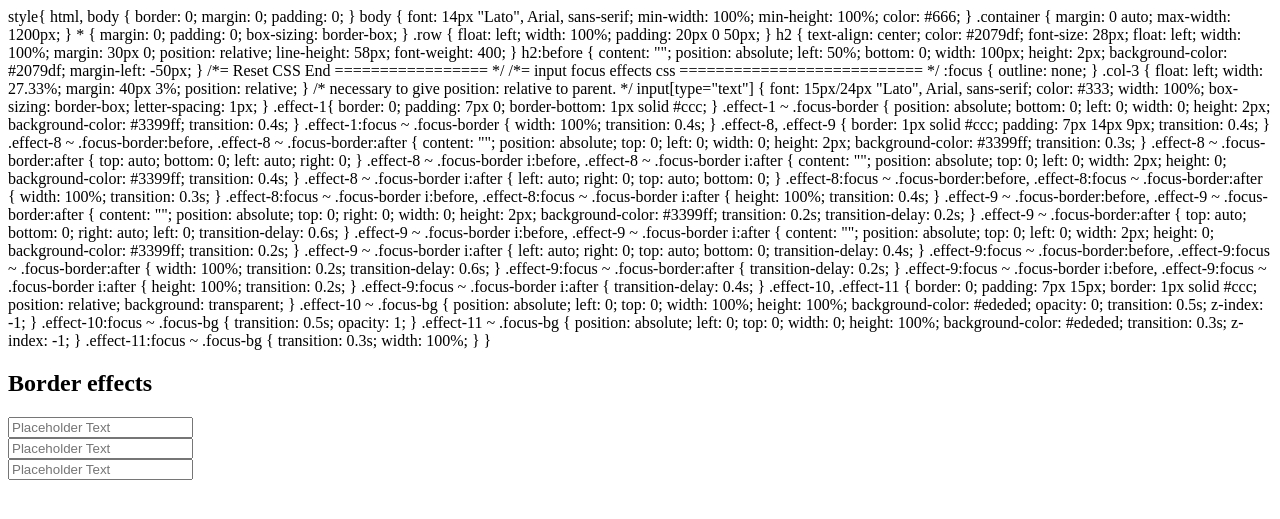
Repository: EmmanuelKeifala/Hackathon
Page: http://localhost/upload/
The author's editor kept a copy of each file at every save. The page is drawn from the files as they stood at one save, then again after the next save.
The browser window is 1280 px wide. The pictures show the whole page.
The page is served by the project's application, run on Django 3.2 (manage.py). Other server files are loaded and not shown.

Above is the page before, as saved 2022-10-29 02:49:17.

### users/templates/users/upload.html
{% comment %} {% load static %}
<link rel="stylesheet" href="{% static 'css/main.css' %}" />
<form method="POST" action="{% url 'upload'%}" entypr="multipart/form-data">
  {% csrf_token %}
  <ul
    class="contactList d-flex flex-lg-column gap-2"
    style="list-style: none; padding: 1.1rem"
  >
    <li id="number_of_sales" class="contact p-lg-2">
      {{ form.number_of_sales }}
    </li>
    <li id="revenue" class="contact">{{ form.revenue }}</li>
    <li id="number_of_customers" class="contact">
      {{ form.number_of_customers }}
    </li>
    <li id="year" class="contact">{{ form.year }}</li>
  </ul>
  <input type="submit" value="Send Data to DataBase" />
</form>
{% endcomment %} style{ html, body { border: 0; margin: 0; padding: 0; } body {
font: 14px "Lato", Arial, sans-serif; min-width: 100%; min-height: 100%; color:
#666; } .container { margin: 0 auto; max-width: 1200px; } * { margin: 0;
padding: 0; box-sizing: border-box; } .row { float: left; width: 100%; padding:
20px 0 50px; } h2 { text-align: center; color: #2079df; font-size: 28px; float:
left; width: 100%; margin: 30px 0; position: relative; line-height: 58px;
font-weight: 400; } h2:before { content: ""; position: absolute; left: 50%;
bottom: 0; width: 100px; height: 2px; background-color: #2079df; margin-left:
-50px; } /*= Reset CSS End ================= */ /*= input focus effects css
=========================== */ :focus { outline: none; } .col-3 { float: left;
width: 27.33%; margin: 40px 3%; position: relative; } /* necessary to give
position: relative to parent. */ input[type="text"] { font: 15px/24px "Lato",
Arial, sans-serif; color: #333; width: 100%; box-sizing: border-box;
letter-spacing: 1px; } .effect-1{ border: 0; padding: 7px 0; border-bottom: 1px
solid #ccc; } .effect-1 ~ .focus-border { position: absolute; bottom: 0; left:
0; width: 0; height: 2px; background-color: #3399ff; transition: 0.4s; }
.effect-1:focus ~ .focus-border { width: 100%; transition: 0.4s; } .effect-8,
.effect-9 { border: 1px solid #ccc; padding: 7px 14px 9px; transition: 0.4s; }
.effect-8 ~ .focus-border:before, .effect-8 ~ .focus-border:after { content: "";
position: absolute; top: 0; left: 0; width: 0; height: 2px; background-color:
#3399ff; transition: 0.3s; } .effect-8 ~ .focus-border:after { top: auto;
bottom: 0; left: auto; right: 0; } .effect-8 ~ .focus-border i:before, .effect-8
~ .focus-border i:after { content: ""; position: absolute; top: 0; left: 0;
width: 2px; height: 0; background-color: #3399ff; transition: 0.4s; } .effect-8
~ .focus-border i:after { left: auto; right: 0; top: auto; bottom: 0; }
.effect-8:focus ~ .focus-border:before, .effect-8:focus ~ .focus-border:after {
width: 100%; transition: 0.3s; } .effect-8:focus ~ .focus-border i:before,
.effect-8:focus ~ .focus-border i:after { height: 100%; transition: 0.4s; }
.effect-9 ~ .focus-border:before, .effect-9 ~ .focus-border:after { content: "";
position: absolute; top: 0; right: 0; width: 0; height: 2px; background-color:
#3399ff; transition: 0.2s; transition-delay: 0.2s; } .effect-9 ~
.focus-border:after { top: auto; bottom: 0; right: auto; left: 0;
transition-delay: 0.6s; } .effect-9 ~ .focus-border i:before, .effect-9 ~
.focus-border i:after { content: ""; position: absolute; top: 0; left: 0; width:
2px; height: 0; background-color: #3399ff; transition: 0.2s; } .effect-9 ~
.focus-border i:after { left: auto; right: 0; top: auto; bottom: 0;
transition-delay: 0.4s; } .effect-9:focus ~ .focus-border:before,
.effect-9:focus ~ .focus-border:after { width: 100%; transition: 0.2s;
transition-delay: 0.6s; } .effect-9:focus ~ .focus-border:after {
transition-delay: 0.2s; } .effect-9:focus ~ .focus-border i:before,
.effect-9:focus ~ .focus-border i:after { height: 100%; transition: 0.2s; }
.effect-9:focus ~ .focus-border i:after { transition-delay: 0.4s; } .effect-10,
.effect-11 { border: 0; padding: 7px 15px; border: 1px solid #ccc; position:
relative; background: transparent; } .effect-10 ~ .focus-bg { position:
absolute; left: 0; top: 0; width: 100%; height: 100%; background-color: #ededed;
opacity: 0; transition: 0.5s; z-index: -1; } .effect-10:focus ~ .focus-bg {
transition: 0.5s; opacity: 1; } .effect-11 ~ .focus-bg { position: absolute;
left: 0; top: 0; width: 0; height: 100%; background-color: #ededed; transition:
0.3s; z-index: -1; } .effect-11:focus ~ .focus-bg { transition: 0.3s; width:
100%; } }
<div class="row">
  <div class="container">
    <h2>Border effects</h2>
    <div class="col-3">
      <input class="effect-1" type="text" placeholder="Placeholder Text" />
      <span class="focus-border"></span>
    </div>

    <div class="col-3">
      <input class="effect-8" type="text" placeholder="Placeholder Text" />
      <span class="focus-border">
        <i></i>
      </span>
    </div>
    <div class="col-3">
      <input class="effect-9" type="text" placeholder="Placeholder Text" />
      <span class="focus-border">
        <i></i>
      </span>
    </div>
  </div>
</div>

### users/views.py
from django.shortcuts import render, redirect
from django.contrib.auth.forms import UserCreationForm
from .forms import UserRegisterForm
from .forms import BusinessData
from django.contrib import messages
from django.contrib.auth.decorators import login_required


def home(request):
    return render(request, 'users/home.html')


def generalusers_home(request):
    return render(request, "users/home.html")


def Analyst_home(request):
    return render(request, "users/home.html")


def upload(request):
    if request.POST:
        form = BusinessData(request.POST)
        print(request.POST)
        if form.is_valid():
            form.save()
        return redirect("/")
    return render(request, "users/upload.html", {'form': BusinessData})


def register(request):
    if request.method == "POST":
        form = UserRegisterForm(request.POST)
        if form.is_valid():
            form.save()
            username = form.cleaned_data.get('username')
            messages.success(
                request, f'Hi {username}, your account was created successfully')
            return redirect('home')
    else:
        form = UserRegisterForm()

    return render(request, 'users/register.html', {'form': form})


@login_required()
def profile(request):
    return render(request, 'users/profile.html')

### authsysproject/urls.py
"""authsysproject URL Configuration

The `urlpatterns` list routes URLs to views. For more information please see:
    https://docs.djangoproject.com/en/3.2/topics/http/urls/
Examples:
Function views
    1. Add an import:  from my_app import views
    2. Add a URL to urlpatterns:  path('', views.home, name='home')
Class-based views
    1. Add an import:  from other_app.views import Home
    2. Add a URL to urlpatterns:  path('', Home.as_view(), name='home')
Including another URLconf
    1. Import the include() function: from django.urls import include, path
    2. Add a URL to urlpatterns:  path('blog/', include('blog.urls'))
"""
from django.contrib import admin
from django.urls import path, include

urlpatterns = [
    path('admin/', admin.site.urls),
    path('', include('users.urls'))
]

### users/urls.py
from django.urls import path
from . import views
from django.contrib.auth import views as auth_view

urlpatterns = [
    path('', views.home, name='home'),
    path('register/', views.register, name='register'),
    path('profile/', views.profile, name='profile'),
    path("upload/", views.upload, name="upload"),
    path('Analyst_home/', views.Analyst_home, name='Analyst_home'),
    path('generalusers_home/', views.generalusers_home, name='generalusers_home'),
    path('login/', auth_view.LoginView.as_view(template_name='users/login.html'), name="login"),
    path('logout/', auth_view.LogoutView.as_view(template_name='users/logout.html'), name="logout"),
]

### users/forms.py
from django.contrib.auth.models import User
from django.contrib.auth.forms import UserCreationForm
from django import forms
from django.forms import ModelForm
from .models import Enterpreneur


class UserRegisterForm(UserCreationForm):
    email = forms.EmailField()

    class Meta:
        model = User
        fields = ['username', 'email', 'password1', 'password2']


class BusinessData(ModelForm):
    number_of_sales = forms.SlugField()
    revenue = forms.SlugField()
    number_of_customers = forms.SlugField()
    year = forms.IntegerField()

    class Meta:
        model = Enterpreneur
        fields = ['number_of_sales', 'revenue', 'number_of_customers', "year"]

### users/models.py
import email
from enum import auto
from unicodedata import name
from django.db import models

# Create your models here.

# this is for the admin


class Admin(models.Model):
    id = models.AutoField(primary_key=True)
    name = models.TextField()
    email = models.TextField()
    password = models.TextField()
    created_at = models.DateTimeField(auto_now=True)
    update_at = models.DateTimeField(auto_now=True)
    objects = models.Manager()

# Analysts Table


class Analysts(models.Model):
    id = models.AutoField(primary_key=True)
    name = models.TextField()
    email = models.TextField()
    password = models.CharField(max_length=255)
    created_at = models.DateTimeField(auto_now=True)
    objects = models.Manager()

# this is for the Enterpreneurs table


class Trainee(models.Model):
    id = models.AutoField(primary_key=True)
    admin = models.OneToOneField(Admin, on_delete=models.CASCADE)
    analyst = models.OneToOneField(Analysts, on_delete=models.CASCADE)
    name = models.TextField()
    email = models.TextField()
    age = models.TextField()
    gender = models.TextField()
    date_of_training = models.DateTimeField(auto_now=True)
    idea = models.TextField()
    institution = models.TextField()
    qualification = models.TextField()
    location = models.TextField()
    objects = models.Manager()

    # this is for the entrepenuer


class Enterpreneur(models.Model):
    id = models.AutoField(primary_key=True)
    number_of_sales = models.TextField()
    revenue = models.TextField()
    number_of_customers = models.TextField()
    year = models.IntegerField()

### users/static/users/css/main.css
#bg {
  background-repeat: no-repeat;
  background-size: cover;
  background-attachment: fixed;
  background: linear-gradient(90deg, #c7c5f4, #776bcc)
}

#main-navbar {
  color: grey;
  min-height: 14vh;
  font-size: 15px;
}

#authstyle {
  margin-left: 17%;
  border-radius: 50%;
}

#header-text {
  color: rgb(210, 190, 65);
  font-family: 'Open Sans', sans-serif;
  font-size: 50px;
  margin-top: 100px;
}

#header-image {
  margin-top: 30px;
  margin-top: 30px;
}

#header-paragraph {
  font-size: 20px;
  padding-top: 30px;
  font-weight: lighter;
}

#header-h1 {
  font-size: 60px;
  color: black;
}

#header-links {
  position: relative;
  border-radius: 20px;
  display: inline-block;
  padding: 10px 25px;
  text-transform: uppercase;
  text-decoration: none;
  font-size: 13px;
  overflow: hidden;
  transition: 0.2s;
}

#header-links:hover {
  color: #021f3b;
  font-size: 15px;
  border-radius: 6px;
  background-color: #ffcab1;
  box-shadow: 0 0 10px #ff8248, 0 0 4px #ff8248, 0 0 80px #ff8248;
  transition-delay: 0.1s;
  text-decoration: none;
  border-radius: 9px;
}

#header-links:active {
  font-size: 10px;
}

#body-link-row {
  position: relative;
  border-radius: 20px;
  display: inline-block;
  padding: 15px 30px;
  text-transform: uppercase;
  text-decoration: none;
  font-size: 13px;
  overflow: hidden;
  transition: 0.2s;
}

#body-link-row:hover {
  color: #021f3b;
  font-size: 15px;
  border-radius: 6px;
  background-color: #ffcab1;
  box-shadow: 0 0 10px #ff8248, 0 0 4px #ff8248, 0 0 80px #ff8248;
  transition-delay: 0.1s;
  text-decoration: none;
  border-radius: 9px;
}

#main-footer {
  margin-top: 510px;
  color: white;
  min-height: 10vh;
  font-size: 15px;
}

#footer {
  margin-left: 1000px;
  background-color: rgba(10, 91, 178, 0.137);
}

body {
  margin: 0;
  color: #6a6f8c;
  background-image: url('images/bg.png');
  font: 600 16px/18px 'Open Sans', sans-serif;
}

*,
:after,
:before {
  box-sizing: border-box
}

.clearfix:after,
.clearfix:before {
  content: '';
  display: table
}

.clearfix:after {
  clear: both;
  display: block
}

a {
  color: inherit;
  text-decoration: none
}

.login-wrap {
  width: 100%;
  margin: auto;
  max-width: 525px;
  min-height: 670px;
  position: relative;

  box-shadow: 0 12px 15px 0 rgba(0, 0, 0, 0), 0 17px 50px 0 rgba(0, 0, 0, .19);
}

.login-html {
  width: 100%;
  height: 100%;
  position: absolute;
  padding: 90px 70px 50px 70px;
  background: rgba(255, 255, 255, 0);
}

.login-html .sign-in-htm,
.login-html .sign-up-htm {
  top: 0;
  left: 0;
  right: 0;
  bottom: 0;
  position: absolute;
  transform: rotateY(180deg);
  backface-visibility: hidden;
  transition: all .4s linear;
}

.login-html .sign-in,
.login-html .sign-up,
.login-form .group .check {
  display: none;
}

.login-html .tab,
.login-form .group .label,
.login-form .group .button {
  text-transform: uppercase;
}

.login-html .tab {
  font-size: 22px;
  margin-right: 15px;
  padding-bottom: 5px;
  margin: 0 15px 10px 0;
  display: inline-block;
  border-bottom: 2px solid transparent;
}

.login-html .sign-in:checked+.tab,
.login-html .sign-up:checked+.tab {
  color: #fff;
  border-color: #ff8248;
}

.login-form {
  min-height: 345px;
  position: relative;
  perspective: 1000px;
  transform-style: preserve-3d;
}

.login-form .group {
  margin-bottom: 15px;
}

.login-form .group .label,
.login-form .group .input,
.login-form .group .button {
  width: 100%;
  color: #fff;
  display: block;
}

.login-form .group .input,
.login-form .group .button {
  border: none;
  padding: 15px 20px;
  border-radius: 25px;
  background: rgba(255, 255, 255, .1);
}

.login-form .group input[data-type="password"] {
  text-security: circle;
  -webkit-text-security: circle;
}

.login-form .group .label {
  color: #aaa;
  font-size: 12px;
}

.login-form .group .button {
  background: #ff8248;
}

.login-form .group label .icon {
  width: 15px;
  height: 15px;
  border-radius: 2px;
  position: relative;
  display: inline-block;
  background: rgba(255, 255, 255, .1);
}

.login-form .group label .icon:before,
.login-form .group label .icon:after {
  content: '';
  width: 10px;
  height: 2px;
  background: #fff;
  position: absolute;
  transition: all .2s ease-in-out 0s;
}

.login-form .group label .icon:before {
  left: 3px;
  width: 5px;
  bottom: 6px;
  transform: scale(0) rotate(0);
}

.login-form .group label .icon:after {
  top: 6px;
  right: 0;
  transform: scale(0) rotate(0);
}

.login-form .group .check:checked+label {
  color: #fff;
}

.login-form .group .check:checked+label .icon {
  background: #ff8248;
}

.login-form .group .check:checked+label .icon:before {
  transform: scale(1) rotate(45deg);
}

.login-form .group .check:checked+label .icon:after {
  transform: scale(1) rotate(-45deg);
}

.login-html .sign-in:checked+.tab+.sign-up+.tab+.login-form .sign-in-htm {
  transform: rotate(0);
}

.login-html .sign-up:checked+.tab+.login-form .sign-up-htm {
  transform: rotate(0);
}

.hr {
  height: 2px;
  margin: 60px 0 50px 0;
  background: rgba(255, 227, 208, 0.2);
}

.foot-lnk {
  text-align: center;
}










body {
  font: 100% / 1.414 "Open Sans", "Roboto", arial, sans-serif;
  background: #e9e9e9;
}

a,
[type="submit"] {
  transition: all .25s ease-in;
}

.signup__container {
  position: absolute;
  top: 50%;
  right: 0;
  left: 0;
  margin-right: auto;
  margin-left: auto;
  transform: translateY(-50%);
  overflow: hidden;
  display: flex;
  align-items: center;
  justify-content: center;
  width: remy(800px);
  height: remy(480px);
  border-radius: remy(3px);
  box-shadow: 0px remy(3px) remy(7px) rgba(0, 0, 0, .25);
}

.signup__overlay {
  position: absolute;
  top: 0;
  left: 0;
  width: 100%;
  height: 100%;
  background-color: rgba(120, 87, 204, .76);
}

.container__child {
  width: 50%;
  height: 100%;
  color: #fff;
}

.signup__thumbnail {
  position: relative;
  padding: 2rem;
  display: flex;
  flex-wrap: wrap;
  align-items: center;
  background: url(http://ultraimg.com/images/spectre-login.jpg);
  background-repeat: no-repeat;
  background-position: top center;
  background-size: cover;
}

.thumbnail__logo,
.thumbnail__content,
.thumbnail__links {
  position: relative;
  z-index: 2;
}

.thumbnail__logo {
  align-self: flex-start;
}

.logo__shape {
  fill: #fff;
}

.logo__text {
  display: inline-block;
  font-size: .8rem;
  font-weight: 700;
  vertical-align: bottom;
}

.thumbnail__content {
  align-self: center;
}

h1,
h2 {
  font-weight: 300;
  color: rgba(255, 255, 255, 1);
}

.heading--primary {
  font-size: 1.999rem;
}

.heading--secondary {
  font-size: 1.414rem;
}

.thumbnail__links {
  align-self: flex-end;
  width: 100%;
}

.thumbnail__links a {
  font-size: 1rem;
  color: hsl(123, 87%, 100%);

}

.signup__form {
  padding: 2.5rem;
  background: #fafafa;
}

label {
  font-size: .85rem;
  text-transform: uppercase;
  color: #ccc;
}

.form-control {
  background-color: transparent;
  border-top: 2;
  border-right: 2;
  border-left: 2;
  border-radius: 2;

}

[type="text"] {
  color: #111;
}

[type="password"] {
  color: rgb(17, 17, 17);
}

.btn--form {
  padding: .5rem 2.5rem;
  font-size: .95rem;
  font-weight: 600;
  text-transform: uppercase;
  color: #fff;
  background: hsl(0, 0%, 7%);
  border-radius: remy(35px);

}

.signup__link {
  font-size: .8rem;
  font-weight: 600;
  text-decoration: underline;
  color: #999;

}

#signup-button {
  position: relative;
  border-radius: 20px;
  display: inline-block;
  padding: 10px 25px;
  text-transform: uppercase;
  text-decoration: none;
  font-size: 13px;
  background-color: #447e2d;
  overflow: hidden;
  transition: 0.2s;
}

#signup-button:hover {
  color: #021f3b;
  font-size: 15px;
  border-radius: 6px;
  background-color: #ffcab1;
  box-shadow: 0 0 10px #ff8248, 0 0 4px #ff8248, 0 0 80px #ff8248;
  transition-delay: 0.1s;
  text-decoration: none;
  border-radius: 9px;
}

.contact {
  color: red;
  padding: 100rem;
}

After the next save:
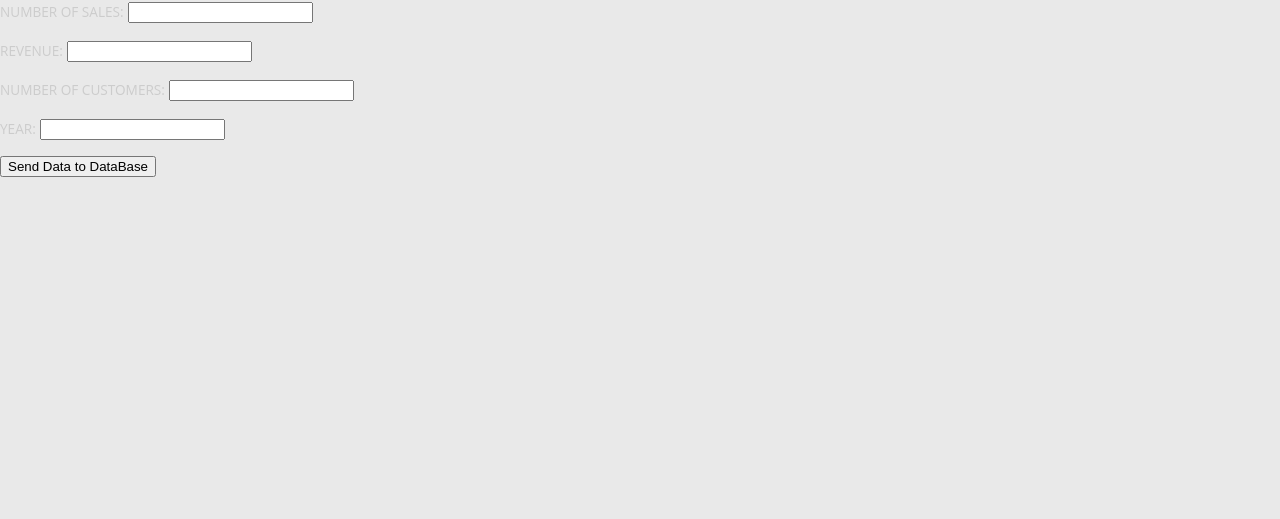
Saved 3 min 7 s later.
--- a/users/templates/users/upload.html
+++ b/users/templates/users/upload.html
@@ -1,91 +1,6 @@
-{% comment %} {% load static %}
+{% load static %}
 <link rel="stylesheet" href="{% static 'css/main.css' %}" />
 <form method="POST" action="{% url 'upload'%}" entypr="multipart/form-data">
-  {% csrf_token %}
-  <ul
-    class="contactList d-flex flex-lg-column gap-2"
-    style="list-style: none; padding: 1.1rem"
-  >
-    <li id="number_of_sales" class="contact p-lg-2">
-      {{ form.number_of_sales }}
-    </li>
-    <li id="revenue" class="contact">{{ form.revenue }}</li>
-    <li id="number_of_customers" class="contact">
-      {{ form.number_of_customers }}
-    </li>
-    <li id="year" class="contact">{{ form.year }}</li>
-  </ul>
+  {% csrf_token %} {{form.as_p}}
   <input type="submit" value="Send Data to DataBase" />
 </form>
-{% endcomment %} style{ html, body { border: 0; margin: 0; padding: 0; } body {
-font: 14px "Lato", Arial, sans-serif; min-width: 100%; min-height: 100%; color:
-#666; } .container { margin: 0 auto; max-width: 1200px; } * { margin: 0;
-padding: 0; box-sizing: border-box; } .row { float: left; width: 100%; padding:
-20px 0 50px; } h2 { text-align: center; color: #2079df; font-size: 28px; float:
-left; width: 100%; margin: 30px 0; position: relative; line-height: 58px;
-font-weight: 400; } h2:before { content: ""; position: absolute; left: 50%;
-bottom: 0; width: 100px; height: 2px; background-color: #2079df; margin-left:
--50px; } /*= Reset CSS End ================= */ /*= input focus effects css
-=========================== */ :focus { outline: none; } .col-3 { float: left;
-width: 27.33%; margin: 40px 3%; position: relative; } /* necessary to give
-position: relative to parent. */ input[type="text"] { font: 15px/24px "Lato",
-Arial, sans-serif; color: #333; width: 100%; box-sizing: border-box;
-letter-spacing: 1px; } .effect-1{ border: 0; padding: 7px 0; border-bottom: 1px
-solid #ccc; } .effect-1 ~ .focus-border { position: absolute; bottom: 0; left:
-0; width: 0; height: 2px; background-color: #3399ff; transition: 0.4s; }
-.effect-1:focus ~ .focus-border { width: 100%; transition: 0.4s; } .effect-8,
-.effect-9 { border: 1px solid #ccc; padding: 7px 14px 9px; transition: 0.4s; }
-.effect-8 ~ .focus-border:before, .effect-8 ~ .focus-border:after { content: "";
-position: absolute; top: 0; left: 0; width: 0; height: 2px; background-color:
-#3399ff; transition: 0.3s; } .effect-8 ~ .focus-border:after { top: auto;
-bottom: 0; left: auto; right: 0; } .effect-8 ~ .focus-border i:before, .effect-8
-~ .focus-border i:after { content: ""; position: absolute; top: 0; left: 0;
-width: 2px; height: 0; background-color: #3399ff; transition: 0.4s; } .effect-8
-~ .focus-border i:after { left: auto; right: 0; top: auto; bottom: 0; }
-.effect-8:focus ~ .focus-border:before, .effect-8:focus ~ .focus-border:after {
-width: 100%; transition: 0.3s; } .effect-8:focus ~ .focus-border i:before,
-.effect-8:focus ~ .focus-border i:after { height: 100%; transition: 0.4s; }
-.effect-9 ~ .focus-border:before, .effect-9 ~ .focus-border:after { content: "";
-position: absolute; top: 0; right: 0; width: 0; height: 2px; background-color:
-#3399ff; transition: 0.2s; transition-delay: 0.2s; } .effect-9 ~
-.focus-border:after { top: auto; bottom: 0; right: auto; left: 0;
-transition-delay: 0.6s; } .effect-9 ~ .focus-border i:before, .effect-9 ~
-.focus-border i:after { content: ""; position: absolute; top: 0; left: 0; width:
-2px; height: 0; background-color: #3399ff; transition: 0.2s; } .effect-9 ~
-.focus-border i:after { left: auto; right: 0; top: auto; bottom: 0;
-transition-delay: 0.4s; } .effect-9:focus ~ .focus-border:before,
-.effect-9:focus ~ .focus-border:after { width: 100%; transition: 0.2s;
-transition-delay: 0.6s; } .effect-9:focus ~ .focus-border:after {
-transition-delay: 0.2s; } .effect-9:focus ~ .focus-border i:before,
-.effect-9:focus ~ .focus-border i:after { height: 100%; transition: 0.2s; }
-.effect-9:focus ~ .focus-border i:after { transition-delay: 0.4s; } .effect-10,
-.effect-11 { border: 0; padding: 7px 15px; border: 1px solid #ccc; position:
-relative; background: transparent; } .effect-10 ~ .focus-bg { position:
-absolute; left: 0; top: 0; width: 100%; height: 100%; background-color: #ededed;
-opacity: 0; transition: 0.5s; z-index: -1; } .effect-10:focus ~ .focus-bg {
-transition: 0.5s; opacity: 1; } .effect-11 ~ .focus-bg { position: absolute;
-left: 0; top: 0; width: 0; height: 100%; background-color: #ededed; transition:
-0.3s; z-index: -1; } .effect-11:focus ~ .focus-bg { transition: 0.3s; width:
-100%; } }
-<div class="row">
-  <div class="container">
-    <h2>Border effects</h2>
-    <div class="col-3">
-      <input class="effect-1" type="text" placeholder="Placeholder Text" />
-      <span class="focus-border"></span>
-    </div>
-
-    <div class="col-3">
-      <input class="effect-8" type="text" placeholder="Placeholder Text" />
-      <span class="focus-border">
-        <i></i>
-      </span>
-    </div>
-    <div class="col-3">
-      <input class="effect-9" type="text" placeholder="Placeholder Text" />
-      <span class="focus-border">
-        <i></i>
-      </span>
-    </div>
-  </div>
-</div>
